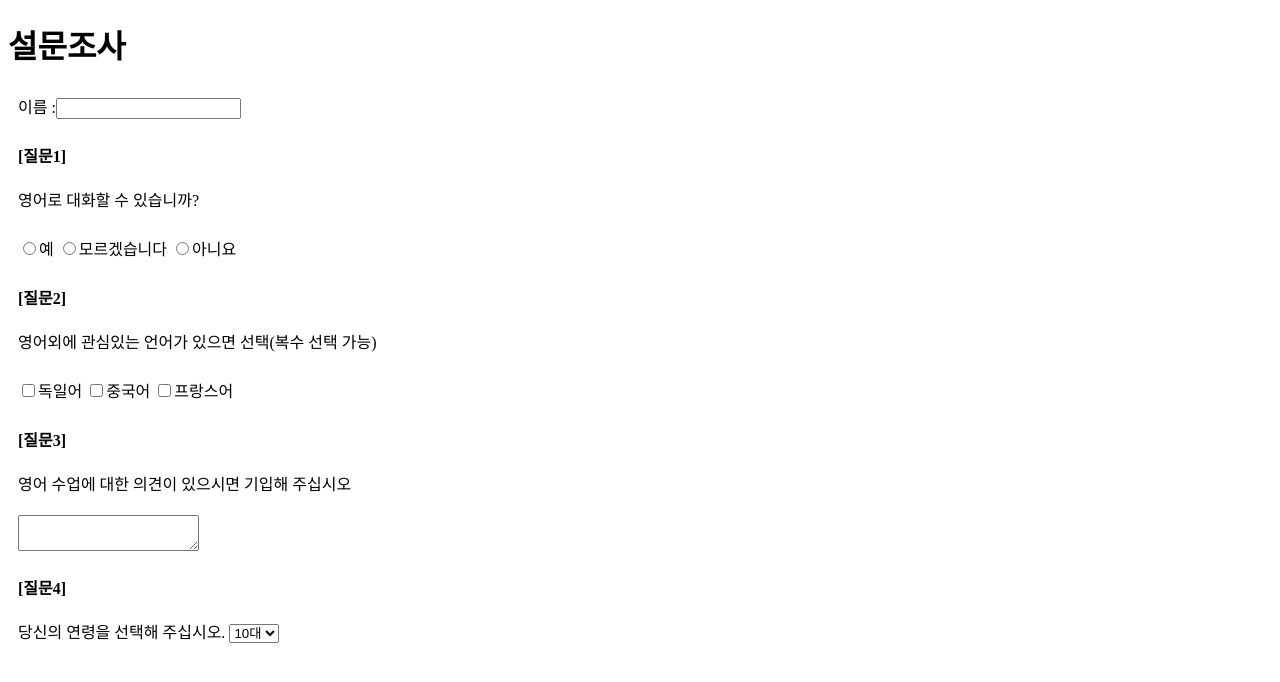
Repository: Jv2020/bitcamp
Page: html/sample05/WebContent/test02.html
These files come from the project's save history. The page is drawn as it stood at one moment and after the next save; the edit follows.
The browser window is 1280 px wide. The pictures show the whole page.

Above is the page before, as saved 2020-01-03 07:33:17.

### html/sample05/WebContent/test02.html
<!DOCTYPE html>
<html>
<head>
<meta charset="UTF-8">
<title>Insert title here</title>

<style>
em {display:block; font-weight:bold; font-style:normal;}
ul {padding:0;}
ul li {list-style:none; margin:20px 10px 10px;}
ul li p {}
ul li span {display:inline-block; margin:5px 0;}
</style>
</head>
<body>

<h1>설문조사</h1>
<form>
	<ul>
		<li><span>이름 :</span><input type="text"></li>
		<li><em>[질문1]</em></li>
		<li><p>영어로 대화할 수 있습니까?</p></li>
		<li>
			<input type="radio" name="english" value="예" ><span>예</span>
			<input type="radio" name="english" value="모르겠습니다" ><span>모르겠습니다</span>
			<input type="radio" name="english" value="아니요" ><span>아니요</span>
		<li>
		<li><em>[질문2]</em></li>
		<li><p>영어외에 관심있는 언어가 있으면 선택(복수 선택 가능)</p></li>
		<li>
			<input type="checkbox" value="예" ><span>독일어</span>
			<input type="checkbox" value="모르겠습니다" ><span>중국어</span>
			<input type="checkbox" value="아니요" ><span>프랑스어</span>
		<li>
		<li><em>[질문3]</em></li>
		<li><p>영어 수업에 대한 의견이 있으시면 기입해 주십시오</p></li>
		<li>
			<textarea></textarea>
		<li>
		<li><em>[질문4]</em></li>
		<li>
			<p>당신의 연령을 선택해 주십시오.
				<select name="age">
					<option value="10대">10대</option>
					<option value="20대">20대</option>
					<option value="30대">30대</option>
					<option value="40대">40대</option>
					<option value="50대">50대</option>
					<option value="60대">60대</option>
					<option value="70대">70대</option>
					<option value="80대">80대</option>
					<option value="90대">90대</option>
				</select>
			</p>
		</li>
	</ul>
</form>

</body>
</html>

After the next save:
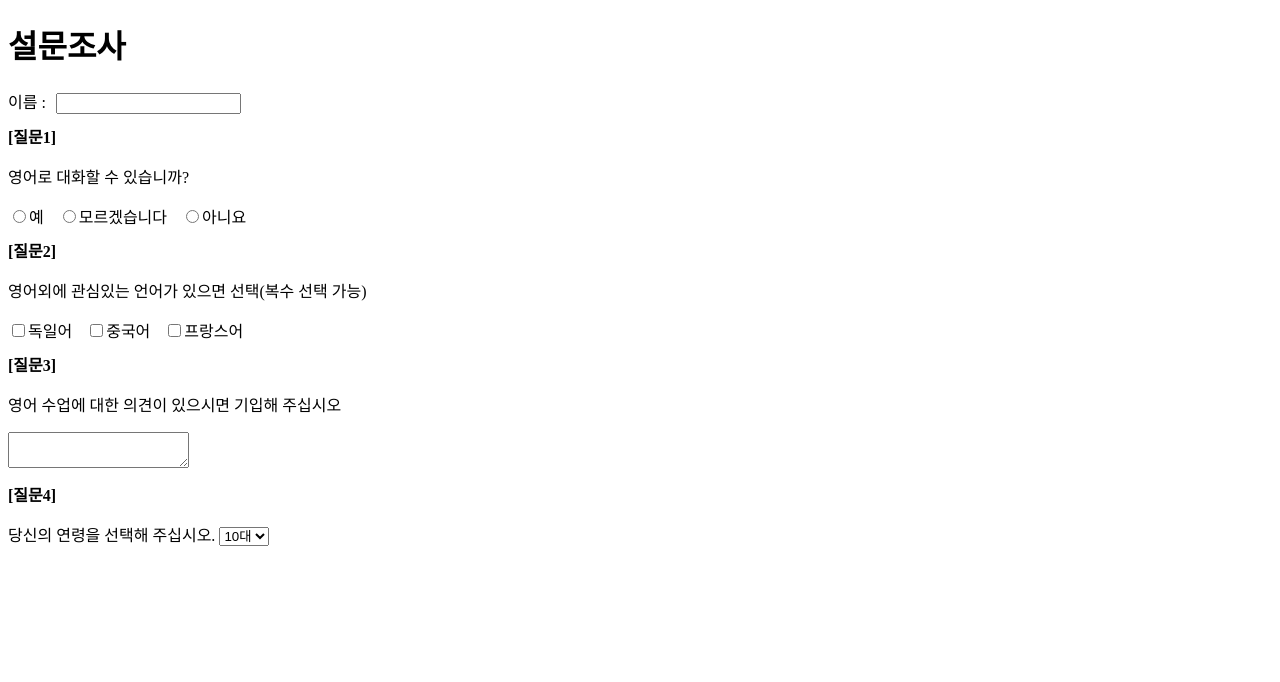
Saved 9 s later.
--- a/html/sample05/WebContent/test02.html
+++ b/html/sample05/WebContent/test02.html
@@ -7,9 +7,9 @@
 <style>
 em {display:block; font-weight:bold; font-style:normal;}
 ul {padding:0;}
-ul li {list-style:none; margin:20px 10px 10px;}
+ul li {list-style:none; margin:10px 0;}
 ul li p {}
-ul li span {display:inline-block; margin:5px 0;}
+ul li span {display:inline-block; margin-right:10px;}
 </style>
 </head>
 <body>
